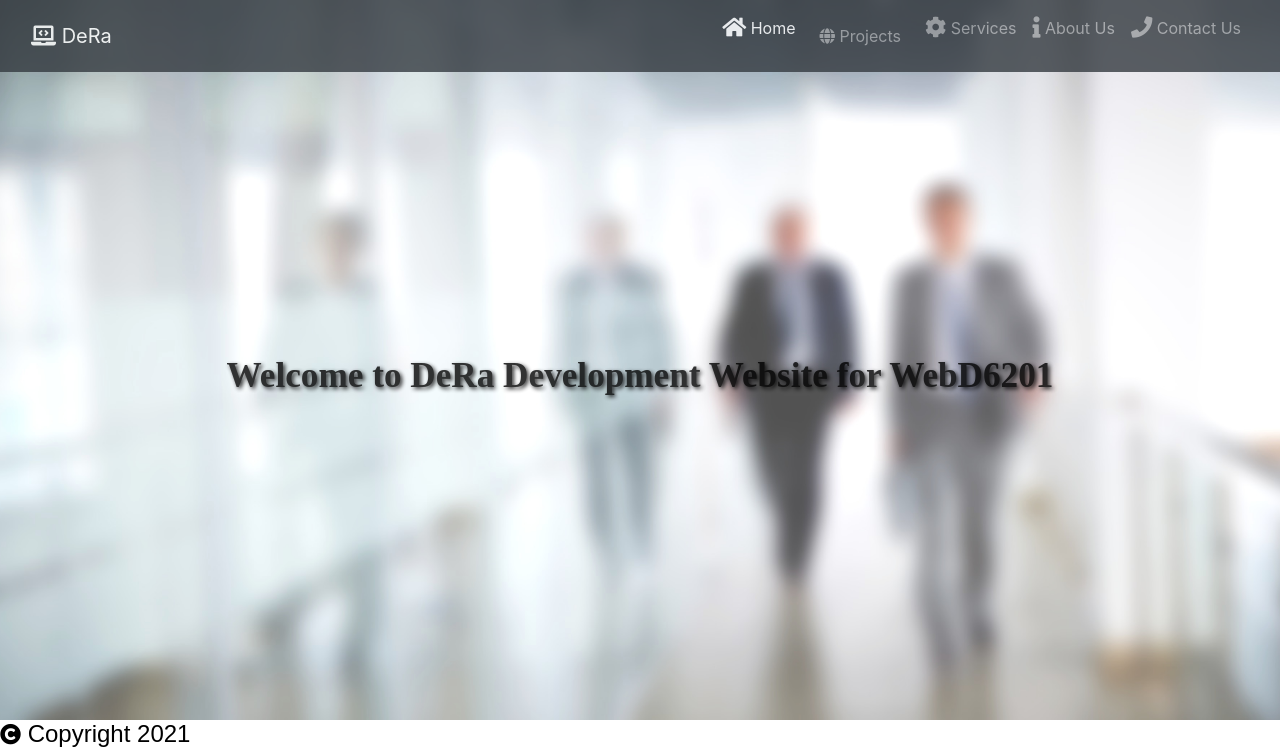
Repository: deividwsantoss/web6201-Lab1
Page: index.html
These files come from the project's save history. The page is drawn as it stood at one moment and after the next save; the edit follows.
The browser window is 1280 px wide. The pictures show the whole page.

Above is the page before, as saved 2021-02-04 09:26:15.
Console error: TypeError: Cannot set properties of null (setting 'innerHTML')

After the next save:
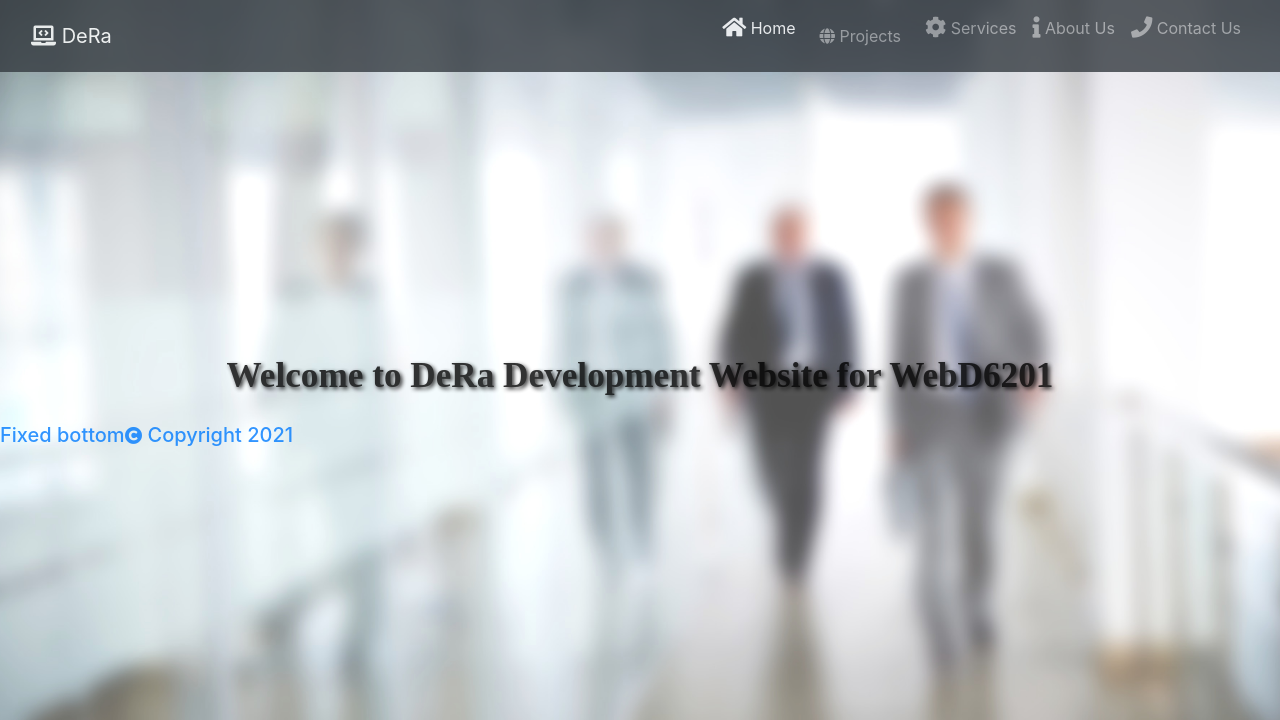
Saved 58 s later.
--- a/Scripts/app.js
+++ b/Scripts/app.js
@@ -15,9 +15,9 @@
         let footerNav = document.createElement('nav');
         let footerDiv = document.createElement('div')
 
-        footerNav.innerHTML = `<h4 ><i class="fas fa-copyright fa-sm"></i> Copyright 2021 </h4>`;
+        footerNav.innerHTML = `<h4 ><a class="navbar-brand" href="#">Fixed bottom<i class="fas fa-copyright fa-sm"></i> Copyright 2021 </a></h4>`;
 
-        body.after(footerNav);
+        body.appendChild(footerNav);
     }
 
     function Projects(){
